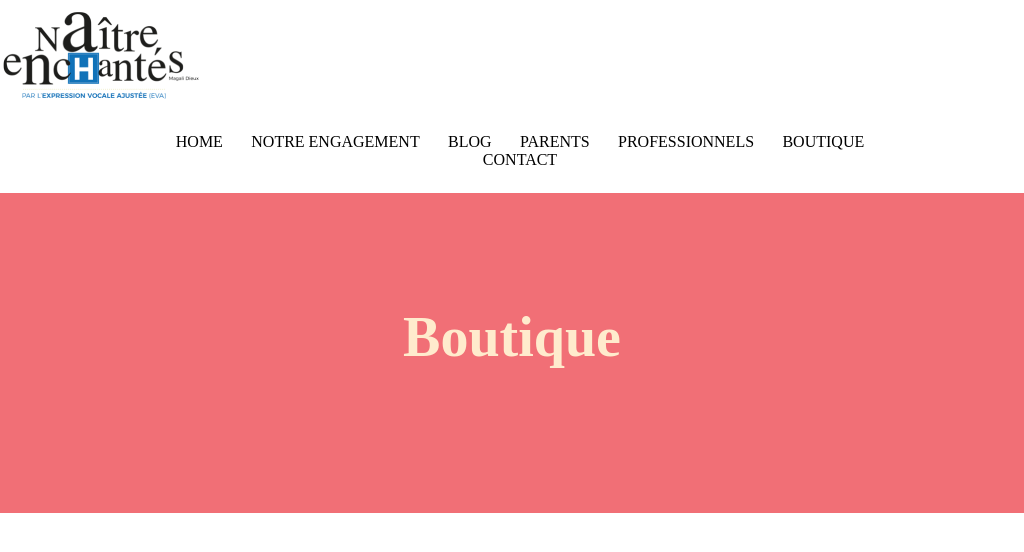
Repository: Khadija-Asa/naitre-enchantes
Page: header.html
An editor plug-in stored every save of this project. The page is shown before and after a run of saves, followed by the edit.
The browser window is 1024 px wide. The pictures show the whole page.

Above is the page before, as saved 2020-11-24 16:50:56.

After the next 4 saves:
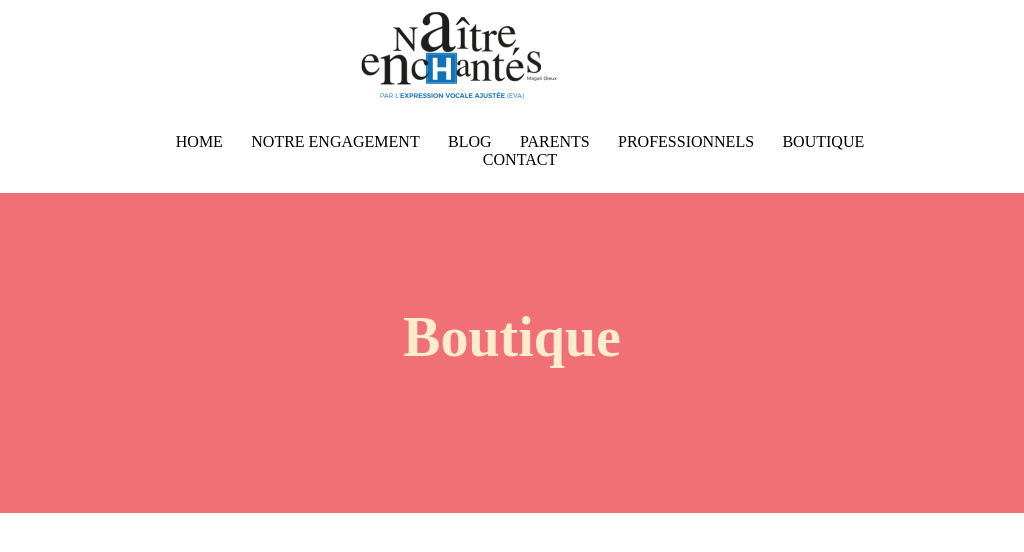
The 4 saves are shown as one change because they came seconds apart.
The last was saved 16 s later.
--- a/header.css
+++ b/header.css
@@ -42,7 +42,7 @@
        text-align: center;
     }
     .logo {
-
+        margin-left: 35%;
     }
     .nav {
         display: flex;
